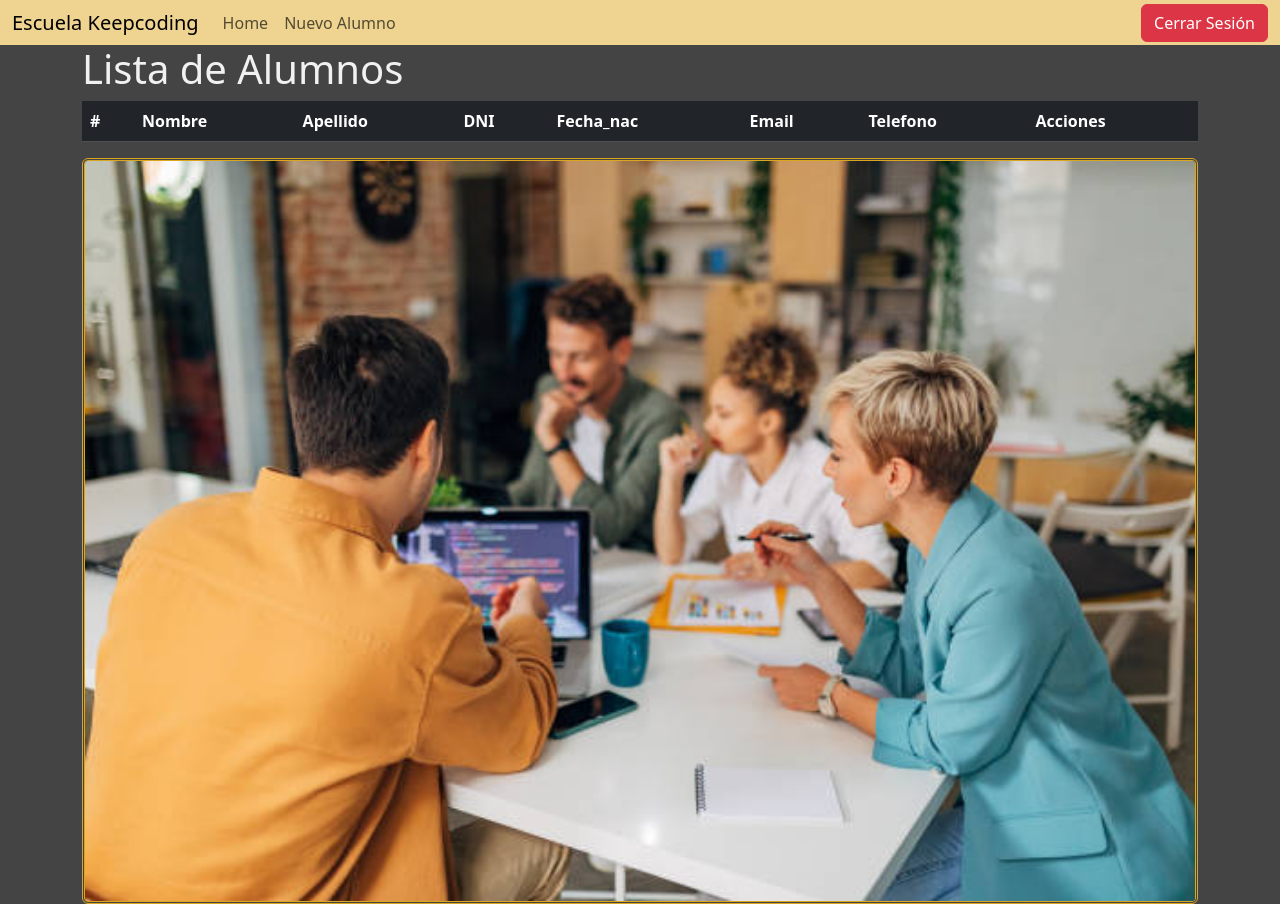
Repository: ChusmiPalos/EscuelaKeepcoding
Page: http://localhost/menu
The author's editor kept a copy of each file at every save. The page is drawn from the files as they stood at one save, then again after the next save.
The browser window is 1280 px wide. The pictures show the whole page.
The page is this project's Thymeleaf template; nobody is signed in. The template is opened directly, without the code that normally fills it, so the values that code supplies are empty.

Above is the page before, as saved 2024-07-06 23:26:43.

### app-web-escuela/src/main/resources/templates/menu.html
<!DOCTYPE html>
<html xmlns:th="https://www.thymeleaf.org/">
<head th:include="fragments/cabecera :: cabecera"></head>
<body>
	<div th:include="fragments/menu_navegacion :: menu"></div>

	<div class="container">
		<div class="row">
			<h1>Lista de Alumnos</h1>
		</div>

		<table class="table table-striped">
			<thead class="table-dark">
				<tr>
					<th scope="col">#</th>
					<th scope="col">Nombre</th>
					<th scope="col">Apellido</th>
					<th scope="col">DNI</th>
					<th scope="col">Fecha_nac</th>
					<th scope="col">Email</th>
					<th scope="col">Telefono</th>
					<th scope="col">Acciones</th>
				</tr>
			</thead>
			<tbody>

				<tr th:each="alu: ${alumnos}">
					<td th:text="${alu.id}" scope="row"></td>
					<td th:text="${alu.nombre}"></td>
					<td th:text="${alu.apellido}"></td>
					<td th:text="${alu.dni}"></td>
					<td th:text="${alu.fecha_nac}"></td>
					<td th:text="${alu.email}"></td>
					<td th:text="${alu.telefono}"></td>
					<td><a class="btn btn-info"
						th:href=@{/alumno/editar/{id}(id=${alu.id})}>Editar</a> <a
						class="btn btn-danger"
						th:href=@{/alumno/delete/{id}(id=${alu.id})}
						onclick="return confirm('Estas seguro?');">Borrar</a></td>
				</tr>

			</tbody>
		</table>
		<img th:src="@{/images/alumnos.jpg}" class="rounded imagen_enmarcada" alt="Alumnos" width="100%">
	</div>


	<script
		src="https://cdn.jsdelivr.net/npm/bootstrap@5.3.3/dist/js/bootstrap.bundle.min.js"
		integrity="sha384-YvpcrYf0tY3lHB60NNkmXc5s9fDVZLESaAA55NDzOxhy9GkcIdslK1eN7N6jIeHz"
		crossorigin="anonymous"></script>
</body>
</html>

### app-web-escuela/src/main/resources/templates/fragments/cabecera.html
<!DOCTYPE html>
<html xmlns:th="http://www.thymeleaf.org">
<head th:fragment="cabecera">
    <meta charset="UTF-8">
    <meta name="viewport" content="width=device-width, initial-scale=1.0">
    <link rel="stylesheet" th:href="@{/css/style.css}">
    <link rel="icon" type="image/png" th:href="@{/images/icono.png}">
    <title>Escuela Keepcoding</title>
    <link
	href="https://cdn.jsdelivr.net/npm/bootstrap@5.3.3/dist/css/bootstrap.min.css"
	rel="stylesheet"
	integrity="sha384-QWTKZyjpPEjISv5WaRU9OFeRpok6YctnYmDr5pNlyT2bRjXh0JMhjY6hW+ALEwIH"
	crossorigin="anonymous">
</head>
<body>
</body>
</html>

### app-web-escuela/src/main/resources/templates/fragments/menu_navegacion.html
<!DOCTYPE html>
<html xmlns:th="http://www.thymeleaf.org">
<head>
    <title>Fragmentos</title>
</head>

<body>
    <div th:fragment="menu">
        <nav class="navbar navbar-expand-lg barra_navegacion">
            <div class="container-fluid">
                <a class="navbar-brand" th:href="@{/menu}">Escuela Keepcoding</a>
                <button class="navbar-toggler" type="button"
                    data-bs-toggle="collapse" data-bs-target="#navbarNav"
                    aria-controls="navbarNav" aria-expanded="false"
                    aria-label="Toggle navigation">
                    <span class="navbar-toggler-icon"></span>
                </button>
                <div class="collapse navbar-collapse" id="navbarNav">
                    <ul class="navbar-nav">
                        <li class="nav-item"><a class="nav-link"
                            aria-current="page" th:href="@{/menu}">Home</a></li>
                        <li class="nav-item"><a class="nav-link"
                            th:href="@{/alumno/new}">Nuevo Alumno</a></li>
                    </ul>
                </div>
                <a class="btn btn-danger" href="/login">Cerrar Sesión</a>
            </div>
        </nav>
    </div>
</body>
</html>

### app-web-escuela/src/main/resources/static/css/style.css
.barra_navegacion {
	background-color: #eed490;
	height: 45px;
}

.navbar-brand {
	font-size:120%;
}

.imagen_enmarcada {
	border: 3px double goldenrod;
}

.nav-item:hover{
	font-size: 120%;
}

body {
	background-color: #444444!important;
	color: #f1f1f1!important;
}

After the next save:
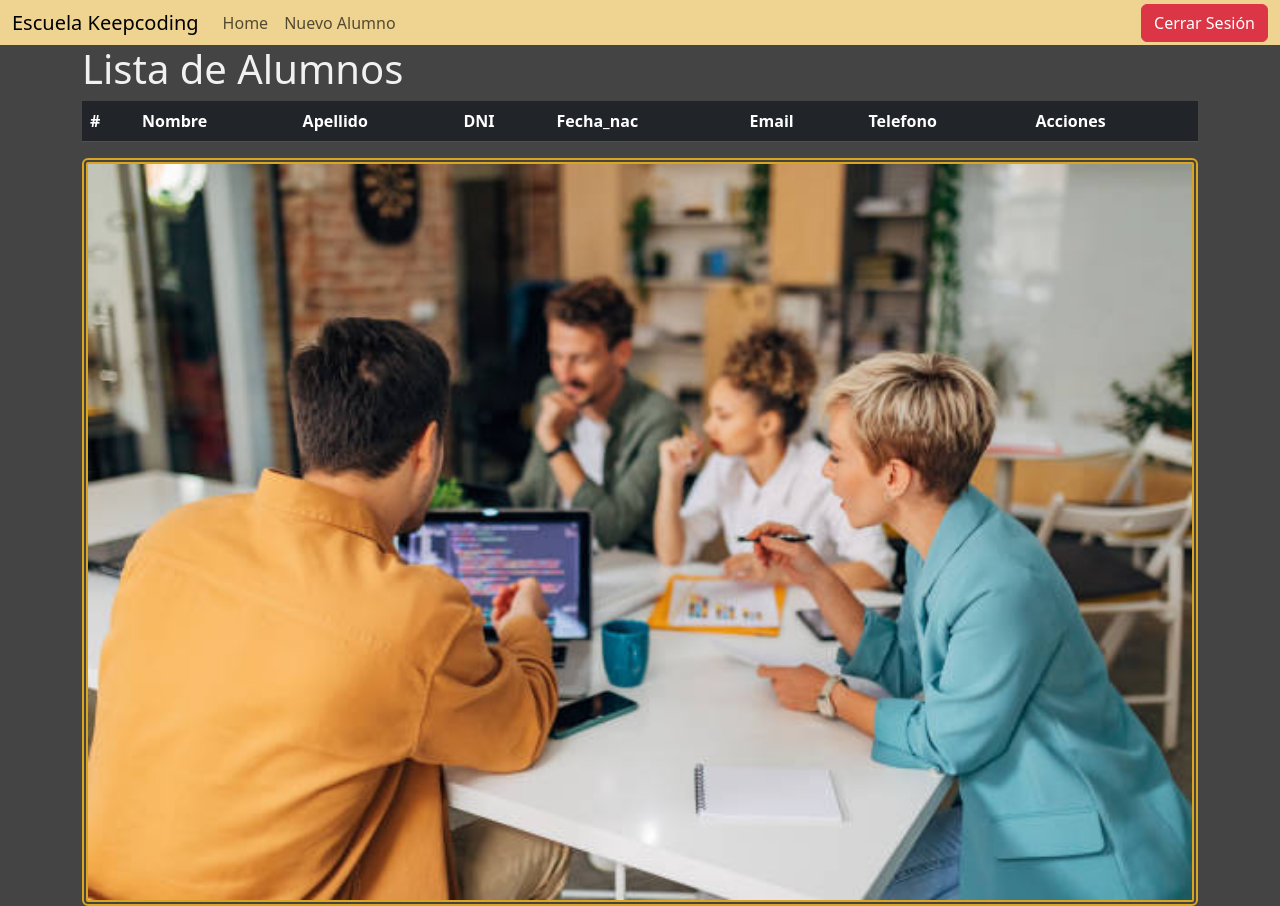
Saved 31 s later.
--- a/app-web-escuela/src/main/resources/static/css/style.css
+++ b/app-web-escuela/src/main/resources/static/css/style.css
@@ -8,7 +8,7 @@
 }
 
 .imagen_enmarcada {
-	border: 3px double goldenrod;
+	border: 6px double goldenrod;
 }
 
 .nav-item:hover{
